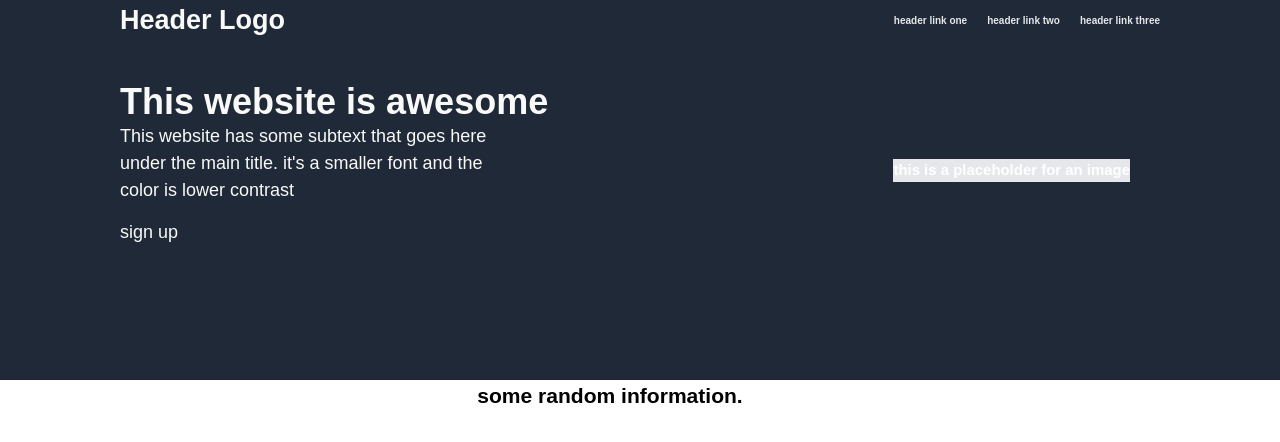
Repository: Grace561/css-exercises
Page: index.html
These files come from the project's save history. The page is drawn as it stood at one moment and after a run of saves; the edit follows.
The browser window is 1280 px wide. The pictures show the whole page.

Above is the page before, as saved 2025-04-18 02:52:40.

### index.html
<!DOCTYPE html>
<html lang="en">
<head>
    <meta charset="UTF-8">
    <meta name="viewport" content="width=device-width, initial-scale=1.0">
    <link rel="stylesheet" href="style.css">
    <title>Landing-Page</title>
</head>
<body>
   <nav class="navbar">
    <div class="container">
        <div class="Logo"><h2>Header Logo</h2></div>
        <ul class="nav">
           <li>
            <a href="#"><h4>header link one</h4></a>
           </li>
           <li>
            <a href="#"><h4>header link two</h4></a>
           </li>
           <li>
            <a href="#"><h4>header link three</h4></a>
           </li>
        </ul>
    </div>
   </nav>

   <header class="header">
    <div class="container">
        <div>
            <h1>This website is awesome</h1>
            <p>
                This website has some subtext that goes here under the
                main title. it's a smaller font and the color is lower
                contrast
            </p>
            <p>sign up </p>
            </div>
        <div class="boxes">
           <div class="container">
                <div class="box">
            <h5>this is a placeholder for an image</h5>
        </div>
   </header>
   <section class="boxes">
    <div class="container">
        <div class="box">
          <h3>some random information.</h3>
        </div>
    <div class="box">
        <div class="container">
            <div class="box">


    </div>
    </div>
   </section>
</body>
</html>

### style.css
*{
    box-sizing: border-box;
    margin: 0;
    padding: 0;
}

body{
    font-family: 'poppins',sans-serif;
    font-size: 18px;
    line-height: 1.5;
    color: #000;
    background:#ffff;
}
p{
    margin-bottom: 15px;
}

ul{
    list-style: none;
}

.container{
    max-width: 1100px;
    margin: 0 auto;
    padding: 0 30px;
}
.navbar{
    background:#1f2937;
    color:#f9faf8;
    height: 80px;
}
h3.Logo{
    font-size: 24px;
    font-weight:bold;

}

a{
    color:#e5e7eb;
    text-decoration: none;
    font-size: x-small;

}
.container{
    display: flex;
    justify-content: space-between;
    align-items: center;

}

ul{
    display: flex
}
ul li {
    margin-left: 20px;
}
.header{
    background-color:#1f2937;
    color:#f9faf8;
    min-height: 300px;
}

.header h1{
    font: weight 3rem;
    font-weight: 900;
    line-height: 1.2;
}

.header p{
    max-width: 400px;
}
.container{
    display: flex;
    align-items:center;
    justify-content: space-between;
}
.box.container{
    display: flex;
    justify-content: space-between;
}
.box h5{
    flex: 1;
    background:#e5e7eb;
    color:#ffff;


}
.boxes .container{
    display: flex;
    font-weight: 900;
    justify-content: center;

}

After the next 5 saves:
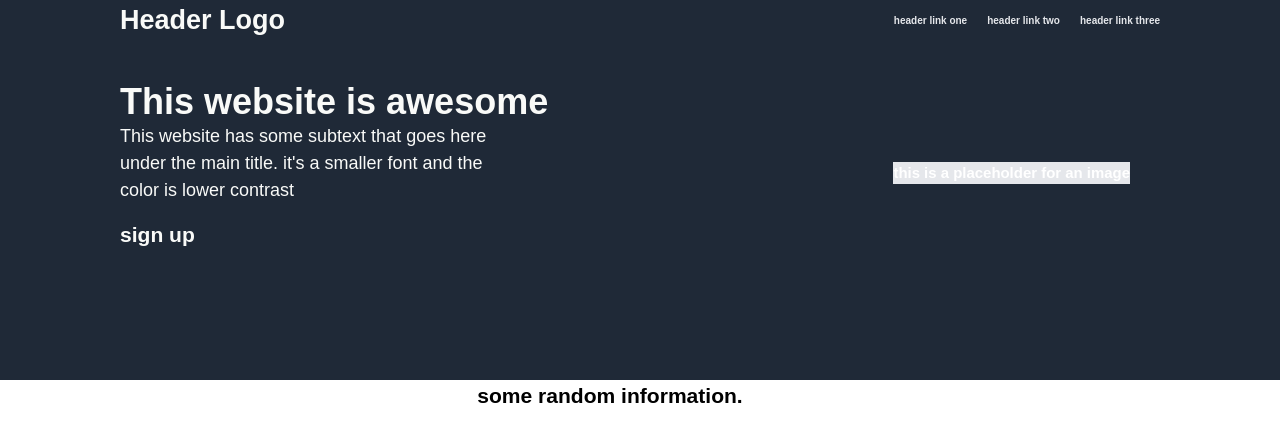
The 5 saves are shown as one change because they came seconds apart.
The last was saved 40 s later.
--- a/index.html
+++ b/index.html
@@ -33,7 +33,7 @@
                 main title. it's a smaller font and the color is lower
                 contrast
             </p>
-            <p>sign up </p>
+            <p><h3>sign up </p>
             </div>
         <div class="boxes">
            <div class="container">

After the 3 saves that followed:
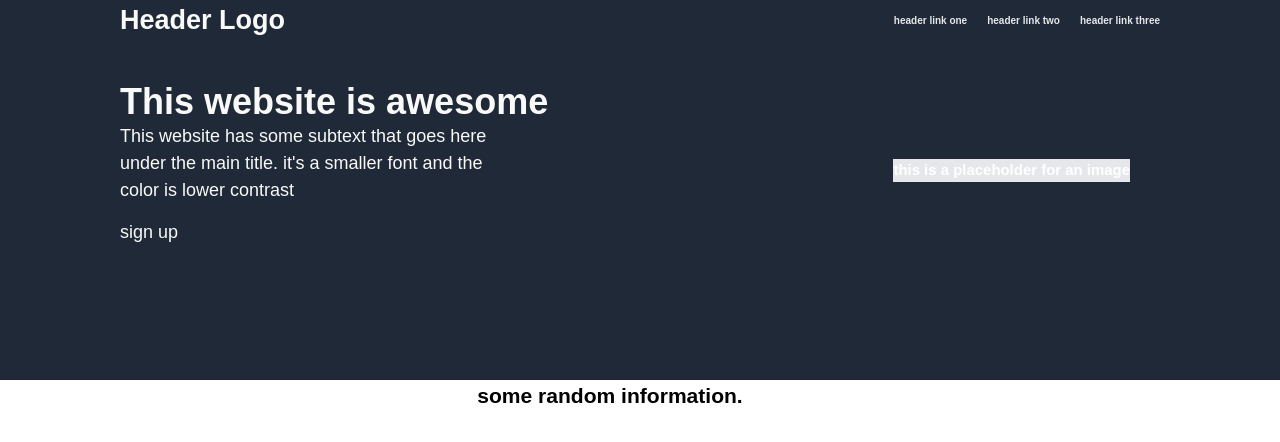
The 3 saves are shown as one change because they came seconds apart.
The last was saved 11 s later.
--- a/index.html
+++ b/index.html
@@ -33,7 +33,7 @@
                 main title. it's a smaller font and the color is lower
                 contrast
             </p>
-            <p><h3>sign up </p>
+            <p><h>sign up </p>
             </div>
         <div class="boxes">
            <div class="container">
